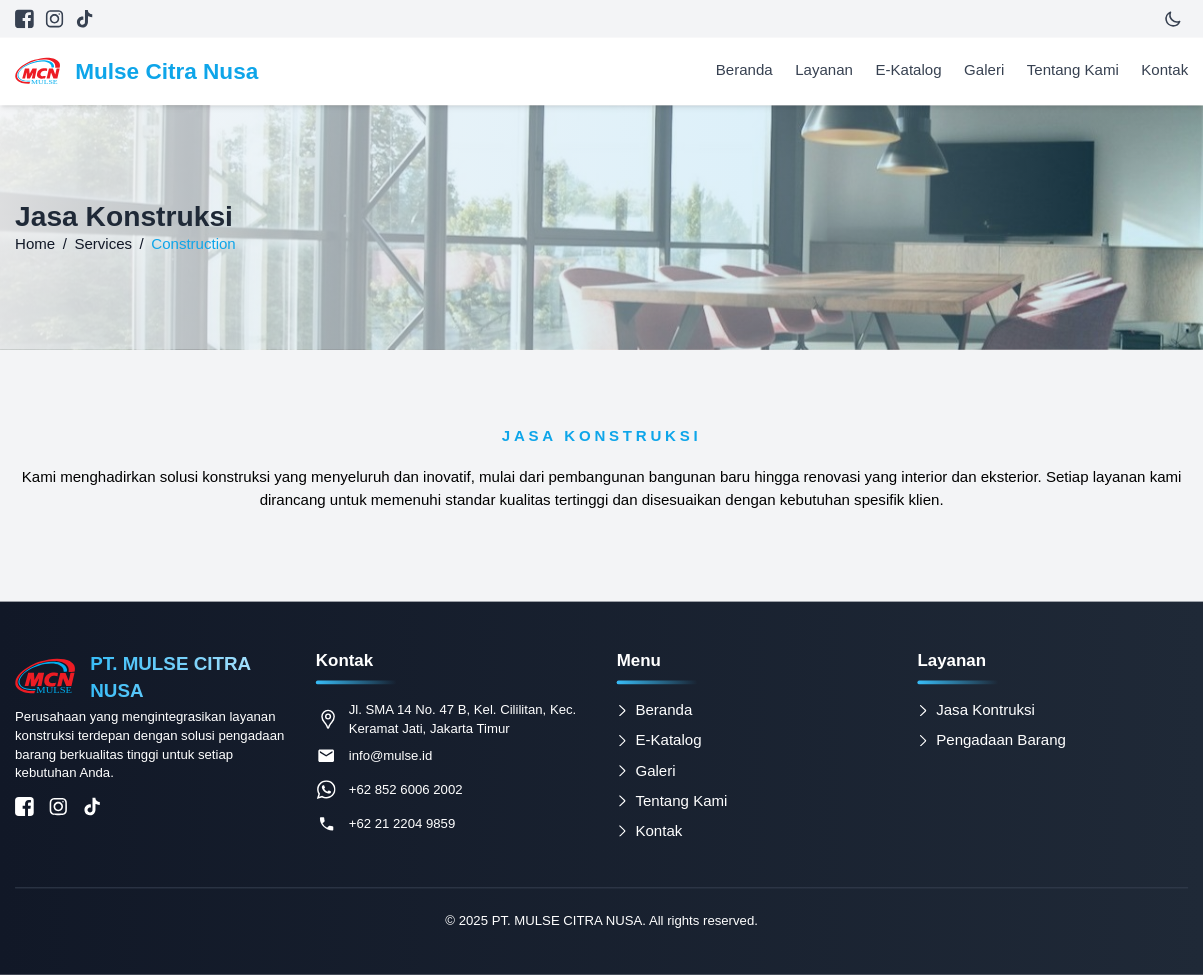
Repository: PrasBaldin/next-mulse
Page: /services/construction
An editor plug-in stored every save of this project. The page is shown before and after the next save, followed by the edit.
The browser window is 1280 px wide. The pictures show the whole page, at 94% of full size.
The project was rebuilt for these pictures with package versions that can differ from the ones it lists, and the page was loaded fresh each time. The framework's server and built-in components were replaced by stand-ins that run in the browser. Also part of the build but not shown: next.config.ts.

Above is the page before, as saved 2025-02-26 13:19:06.

### app/layout.tsx
import type { Metadata } from "next";
import { Geist, Geist_Mono } from "next/font/google";
import "./globals.css";
import Navbar from "@/components/navbar";
import Footer from "@/components/footer";

const geistSans = Geist({
  variable: "--font-geist-sans",
  subsets: ["latin"],
});

const geistMono = Geist_Mono({
  variable: "--font-geist-mono",
  subsets: ["latin"],
});

export const metadata: Metadata = {
  title: "Mulse",
  description: "Selamat datang di PT. Mulse Citra Nusa, kami menyediakan barang dan jasa sesuai kebutuhan Anda.",
};

export default function RootLayout({
  children,
}: Readonly<{
  children: React.ReactNode;
}>) {
  return (
    <html lang="en">
      <body className={`${geistSans.variable} ${geistMono.variable} antialiased`} >
        <Navbar />
        {children}
        <Footer />
      </body>
    </html>
  );
}

### app/services/construction/page.tsx
import Link from "next/link";

const ConstructionPage = () => {
  return (
    <>
      <section className="mt-[72px] lg:mt-[112px]">
        <div className="banner">
          <div className="banner-mask"></div>
          <div className="container z-[1] relative">
            <div className="banner-content">
              <h4 className="text-3xl font-bold text-gray-800 dark:text-gray-100 transition duration-500 ease-in-out">
                Jasa Konstruksi
              </h4>
              <ul className="breadcrumbs">
                <li>
                  <Link
                    href="/"
                    className="text-gray-900 dark:text-gray-100 transition duration-500 ease-in-out"
                  >
                    Home
                  </Link>
                </li>
                <li className="text-gray-900 dark:text-gray-100 transition duration-500 ease-in-out">
                  /
                </li>
                <li>
                  <Link
                    href="/"
                    className="text-gray-900 dark:text-gray-100 transition duration-500 ease-in-out"
                  >
                    Services
                  </Link>
                </li>
                <li className="text-gray-900 dark:text-gray-100 transition duration-500 ease-in-out">
                  /
                </li>
                <li>
                  <Link href="/gallery" className="text-sky-500">
                    Construction
                  </Link>
                </li>
              </ul>
            </div>
          </div>
        </div>
      </section>
      <section className="py-20">
        <div className="container text-center">
          <h4 className="mb-3 text-sky-500 font-semibold tracking-[.25em] uppercase">
            Jasa Konstruksi
          </h4>
          <p className="py-2 my-2">
            Kami menghadirkan solusi konstruksi yang menyeluruh dan inovatif,
            mulai dari pembangunan bangunan baru hingga renovasi yang interior
            dan eksterior. Setiap layanan kami dirancang untuk memenuhi standar
            kualitas tertinggi dan disesuaikan dengan kebutuhan spesifik klien.
          </p>
        </div>
      </section>
    </>
  );
};

export default ConstructionPage;

### app/globals.css
@tailwind base;
@tailwind components;
@tailwind utilities;

:root {
  --background: #ffffff;
  --foreground: #171717;
}

@media (prefers-color-scheme: dark) {
  :root {
    --background: #0a0a0a;
    --foreground: #ededed;
  }
}

body {
  font-family: Arial, Helvetica, sans-serif;
  @apply bg-gray-100 dark:bg-gray-700;
}

.container {
  @apply mx-auto px-4;
}

.btn {
  @apply px-4 py-3 rounded-lg transition duration-500 ease-in-out;
}

.btn-primary {
  @apply bg-sky-600 hover:bg-sky-700 dark:hover:bg-sky-700 text-gray-100 hover:text-gray-300;
}

.btn-secondary {
  @apply bg-gray-100 hover:bg-gray-300 dark:hover:bg-gray-300 text-gray-800;
}

.btn-primary-border {
  @apply bg-transparent hover:bg-sky-500 dark:hover:bg-sky-500 border-2 border-sky-500 text-sky-500 dark:text-sky-500 hover:text-white dark:hover:text-white;
}

.banner {
  background-image: url("/img/banner-2.jpg");
  background-size: cover;
  @apply py-[100px] relative;
}

.banner-mask {
  @apply absolute inset-0 bg-gradient-to-r from-gray-100/90 to-sky-500/20 dark:from-gray-800/90 dark:to-sky-500/20 transition duration-500 ease-in-out z-[0];
}

.breadcrumbs {
  @apply flex gap-2 font-medium;
}

### components/navbar.tsx
"use client";
import { useState } from "react";
import Link from "next/link";
import Image from "next/image";

import MulseSvg from "@/public/img/mulse.svg";
import "./navbar.css";

// import ToggleLanguage from "./toggleLanguage";
import ToggleDarkMode from "./toggleDarkMode";

const Navbar = () => {
  const [isOpen, setIsOpen] = useState(false);
  const [isDropdownOpen, setIsDropdownOpen] = useState(false);

  return (
    <>
      <div className="utility-bar">
        <div className="container">
          <div className="flex justify-between items-center">
            <div className="w-full flex">
              <a
                href="https://www.facebook.com/profile.php?id=61550927165561&ref=ig_profile_ac"
                target="_blank"
                rel="noopener noreferrer"
                aria-label="Facebook"
                className="social-media-link hover:text-sky-400 transition-colors duration-300"
              >
                <svg
                  className="w-5 h-5 rounded"
                  fill="currentColor"
                  viewBox="0 0 24 24"
                  stroke="none"
                >
                  <path d="M22.675 0h-21.35C.593 0 0 .593 0 1.325v21.351C0 23.407.593 24 1.325 24h11.494v-9.294H9.692v-3.622h3.127V8.413c0-3.1 1.894-4.788 4.659-4.788 1.325 0 2.463.099 2.794.143v3.24l-1.918.001c-1.504 0-1.794.715-1.794 1.763v2.314h3.587l-.467 3.622h-3.12V24h6.116C23.407 24 24 23.407 24 22.675V1.325C24 .593 23.407 0 22.675 0z" />
                </svg>
              </a>
              <a
                href="https://www.instagram.com/mulse.id/"
                target="_blank"
                rel="noopener noreferrer"
                aria-label="Instagram"
                className="social-media-link hover:text-sky-400 transition-colors duration-300"
              >
                <svg
                  className="w-5 h-5"
                  viewBox="0 0 24 24"
                  fill="none"
                  xmlns="http://www.w3.org/2000/svg"
                >
                  <path
                    fillRule="evenodd"
                    clipRule="evenodd"
                    d="M12 18C15.3137 18 18 15.3137 18 12C18 8.68629 15.3137 6 12 6C8.68629 6 6 8.68629 6 12C6 15.3137 8.68629 18 12 18ZM12 16C14.2091 16 16 14.2091 16 12C16 9.79086 14.2091 8 12 8C9.79086 8 8 9.79086 8 12C8 14.2091 9.79086 16 12 16Z"
                    fill="currentColor"
                  />
                  <path
                    d="M18 5C17.4477 5 17 5.44772 17 6C17 6.55228 17.4477 7 18 7C18.5523 7 19 6.55228 19 6C19 5.44772 18.5523 5 18 5Z"
                    fill="currentColor"
                  />
                  <path
                    fillRule="evenodd"
                    clipRule="evenodd"
                    d="M1.65396 4.27606C1 5.55953 1 7.23969 1 10.6V13.4C1 16.7603 1 18.4405 1.65396 19.7239C2.2292 20.8529 3.14708 21.7708 4.27606 22.346C5.55953 23 7.23969 23 10.6 23H13.4C16.7603 23 18.4405 23 19.7239 22.346C20.8529 21.7708 21.7708 20.8529 22.346 19.7239C23 18.4405 23 16.7603 23 13.4V10.6C23 7.23969 23 5.55953 22.346 4.27606C21.7708 3.14708 20.8529 2.2292 19.7239 1.65396C18.4405 1 16.7603 1 13.4 1H10.6C7.23969 1 5.55953 1 4.27606 1.65396C3.14708 2.2292 2.2292 3.14708 1.65396 4.27606ZM13.4 3H10.6C8.88684 3 7.72225 3.00156 6.82208 3.0751C5.94524 3.14674 5.49684 3.27659 5.18404 3.43597C4.43139 3.81947 3.81947 4.43139 3.43597 5.18404C3.27659 5.49684 3.14674 5.94524 3.0751 6.82208C3.00156 7.72225 3 8.88684 3 10.6V13.4C3 15.1132 3.00156 16.2777 3.0751 17.1779C3.14674 18.0548 3.27659 18.5032 3.43597 18.816C3.81947 19.5686 4.43139 20.1805 5.18404 20.564C5.49684 20.7234 5.94524 20.8533 6.82208 20.9249C7.72225 20.9984 8.88684 21 10.6 21H13.4C15.1132 21 16.2777 20.9984 17.1779 20.9249C18.0548 20.8533 18.5032 20.7234 18.816 20.564C19.5686 20.1805 20.1805 19.5686 20.564 18.816C20.7234 18.5032 20.8533 18.0548 20.9249 17.1779C20.9984 16.2777 21 15.1132 21 13.4V10.6C21 8.88684 20.9984 7.72225 20.9249 6.82208C20.8533 5.94524 20.7234 5.49684 20.564 5.18404C20.1805 4.43139 19.5686 3.81947 18.816 3.43597C18.5032 3.27659 18.0548 3.14674 17.1779 3.0751C16.2777 3.00156 15.1132 3 13.4 3Z"
                    fill="currentColor"
                  />
                </svg>
              </a>
              <a
                href="/"
                target="_blank"
                rel="noopener noreferrer"
                aria-label="Tiktok"
                className="social-media-link hover:text-sky-400 transition-colors duration-300"
              >
                <svg
                  className="w-5 h-5"
                  fill="currentColor"
                  viewBox="0 0 32 32"
                  version="1.1"
                  xmlns="http://www.w3.org/2000/svg"
                >
                  <path d="M16.656 1.029c1.637-0.025 3.262-0.012 4.886-0.025 0.054 2.031 0.878 3.859 2.189 5.213l-0.002-0.002c1.411 1.271 3.247 2.095 5.271 2.235l0.028 0.002v5.036c-1.912-0.048-3.71-0.489-5.331-1.247l0.082 0.034c-0.784-0.377-1.447-0.764-2.077-1.196l0.052 0.034c-0.012 3.649 0.012 7.298-0.025 10.934-0.103 1.853-0.719 3.543-1.707 4.954l0.020-0.031c-1.652 2.366-4.328 3.919-7.371 4.011l-0.014 0c-0.123 0.006-0.268 0.009-0.414 0.009-1.73 0-3.347-0.482-4.725-1.319l0.040 0.023c-2.508-1.509-4.238-4.091-4.558-7.094l-0.004-0.041c-0.025-0.625-0.037-1.25-0.012-1.862 0.49-4.779 4.494-8.476 9.361-8.476 0.547 0 1.083 0.047 1.604 0.136l-0.056-0.008c0.025 1.849-0.050 3.699-0.050 5.548-0.423-0.153-0.911-0.242-1.42-0.242-1.868 0-3.457 1.194-4.045 2.861l-0.009 0.030c-0.133 0.427-0.21 0.918-0.21 1.426 0 0.206 0.013 0.41 0.037 0.61l-0.002-0.024c0.332 2.046 2.086 3.59 4.201 3.59 0.061 0 0.121-0.001 0.181-0.004l-0.009 0c1.463-0.044 2.733-0.831 3.451-1.994l0.010-0.018c0.267-0.372 0.45-0.822 0.511-1.311l0.001-0.014c0.125-2.237 0.075-4.461 0.087-6.698 0.012-5.036-0.012-10.060 0.025-15.083z"></path>
                </svg>
              </a>
            </div>
            <div className="utility-content">
              {/* <ToggleLanguage /> */}
              <ToggleDarkMode />
            </div>
          </div>
        </div>
      </div>
      <nav className="navbar">
        <div className="container">
          <div className="flex justify-between items-center">
            <Link
              href="/"
              className="text-2xl font-bold text-sky-500 dark:text-gray-100 flex items-center transition duration-500 ease-in-out py-3"
            >
              <Image src={MulseSvg} alt="img" className="w-12 mr-4" />
              Mulse Citra Nusa
            </Link>

            <div className="hidden lg:flex space-x-6 items-center">
              <Link href="/" className="nav-link">
                Beranda
              </Link>

              <div
                className="relative group"
                onMouseEnter={() => setIsDropdownOpen(true)}
                onMouseLeave={() => setIsDropdownOpen(false)}
              >
                <Link href="/services">
                  <button className="nav-link flex items-center">
                    Layanan
                  </button>
                </Link>
                <div
                  className={`nav-dropdown min-w-[200px] ${
                    isDropdownOpen
                      ? "opacity-100 visible scale-100 translate-y-0"
                      : "opacity-0 invisible scale-95 translate-y-3"
                  }`}
                >
                  <Link
                    href="/services/procurement"
                    className="nav-link-dropdown"
                  >
                    Pengadaan Barang
                  </Link>
                  <Link
                    href="/services/construction"
                    className="nav-link-dropdown"
                  >
                    Jasa Konstruksi
                  </Link>
                </div>
              </div>
              <a
                href="https://katalog.inaproc.id/mulse-citra-nusa"
                target="_blank"
                className="nav-link"
              >
                E-Katalog
              </a>
              <Link href="/gallery" className="nav-link">
                Galeri
              </Link>
              <Link href="/about" className="nav-link">
                Tentang Kami
              </Link>
              <Link href="/contact" className="nav-link">
                Kontak
              </Link>
            </div>

            <button
              className="lg:hidden relative w-8 h-8"
              onClick={() => setIsOpen(!isOpen)}
            >
              <div
                className={`hamburger ${
                  isOpen
                    ? "rotate-45 top-1/2 transform -translate-y-1/2"
                    : "top-2"
                }`}
              ></div>
              <div
                className={`hamburger ${
                  isOpen ? "opacity-0" : "top-1/2 transform -translate-y-1/2"
                }`}
              ></div>
              <div
                className={`hamburger ${
                  isOpen
                    ? "-rotate-45 bottom-1/2 transform translate-y-1/2"
                    : "bottom-2"
                }`}
              ></div>
            </button>
          </div>
        </div>
      </nav>

      {/* Overlay Sidebar */}
      <div
        className={`lg:hidden fixed top-18 left-0 w-full h-full bg-black/50 backdrop-blur-sm transition-opacity duration-500 ease-in-out z-[9] ${
          isOpen ? "opacity-100 visible" : "opacity-0 invisible"
        }`}
        onClick={() => setIsOpen(false)}
      ></div>

      {/* Sidebar Menu */}
      <div
        className={`bg-white dark:bg-gray-800 lg:hidden fixed right-0 w-64 h-full shadow-lg transform transition-transform duration-500 ease-in-out z-10 ${
          isOpen ? "translate-x-0" : "translate-x-full"
        }`}
      >
        <div className="p-6 flex flex-col space-y-4 mt-[72px]">
          <Link
            href="/"
            className="nav-link-mobile"
            onClick={() => setIsOpen(false)}
          >
            Beranda
          </Link>

          <div>
            <button
              className="nav-link-mobile flex items-center w-full"
              onClick={() => setIsDropdownOpen(!isDropdownOpen)}
            >
              Layanan
              <span
                className={`dropdown-arrow ${
                  isDropdownOpen
                    ? "rotate-45 absolute right-9 mb-2"
                    : "-rotate-45 absolute right-9"
                }`}
              ></span>
            </button>
            <div
              className={`bg-white dark:bg-gray-800 ml-4 space-y-2 rounded-lg overflow-hidden transition-all duration-500 ease-in-out ${
                isDropdownOpen
                  ? "max-h-[500px] opacity-100 p-2 mt-2"
                  : "max-h-0 opacity-0 p-0 mt-0"
              }`}
            >
              <Link
                href="/services/procurement"
                className="nav-link-mobile block"
                onClick={() => setIsOpen(false)}
              >
                Pengadaan Barang
              </Link>
              <Link
                href="/services/construction"
                className="nav-link-mobile block"
                onClick={() => setIsOpen(false)}
              >
                Jasa Konstruksi
              </Link>
            </div>
          </div>
          <Link
            href="https://katalog.mulse.id"
            className="nav-link-mobile"
            onClick={() => setIsOpen(false)}
          >
            E-Katalog
          </Link>
          <Link
            href="/gallery"
            className="nav-link-mobile"
            onClick={() => setIsOpen(false)}
          >
            Galeri
          </Link>
          <Link
            href="/about"
            className="nav-link-mobile"
            onClick={() => setIsOpen(false)}
          >
            Tentang Kami
          </Link>
          <Link
            href="/contact"
            className="nav-link-mobile"
            onClick={() => setIsOpen(false)}
          >
            Kontak
          </Link>
          {/* <ToggleLanguage /> */}
          <ToggleDarkMode />
        </div>
      </div>
    </>
  );
};

export default Navbar;

### components/navbar.css
.utility-bar {
  @apply hidden lg:block absolute top-0 w-full py-1 bg-gray-100 dark:bg-gray-700 transition duration-500 ease-in-out z-10;
}

.utility-content {
  @apply w-auto flex gap-2;
}

.social-media-link {
  @apply mr-3 text-gray-700 dark:text-gray-100 hover:text-sky-500 dark:hover:text-sky-500 transition duration-300;
}

.navbar {
  @apply bg-white dark:bg-gray-800 transition duration-500 ease-in-out shadow-md top-0 lg:top-[40px] fixed lg:absolute w-full z-20;
}

.nav-link {
  @apply text-gray-700 hover:text-sky-500 dark:hover:text-sky-500 dark:text-gray-100 py-5 transition duration-500 ease-in-out border-b-2 border-transparent hover:border-sky-500 flex items-center;
}

.nav-dropdown {
  @apply bg-white dark:bg-gray-800 absolute top-[4rem] -left-2 w-auto pt-2 p-3 border-2 border-sky-300 dark:border-sky-800 border-t-sky-500 dark:border-t-sky-500 shadow-xl rounded-lg overflow-visible transition-all duration-300 transform;
}

.nav-link-dropdown {
  @apply text-gray-700 hover:text-sky-500 dark:hover:text-sky-500 dark:text-gray-100 pt-2 pb-1 transition duration-500 ease-in-out hover:bg-gray-100 dark:hover:bg-gray-700 rounded border-b border-gray-200 hover:border-sky-500 block mt-2 px-2;
}

.nav-link-mobile {
  @apply hover:bg-gray-100 dark:hover:bg-gray-700 text-gray-700 hover:text-sky-500 dark:hover:text-sky-500 dark:text-gray-100 py-2 pl-2 border-b border-gray-200 hover:border-sky-500 rounded transition;
}

.hamburger {
  @apply absolute w-6 h-[3px] bg-gray-800 dark:bg-gray-100 rounded transition duration-500 ease-in-out;
}

.dropdown-arrow {
  @apply border-b-2 border-r-2 border-gray-700 dark:border-gray-100 ml-2 w-3 h-3 transition duration-500 ease-in-out;
}

.nav-link-mobile:hover .dropdown-arrow {
  @apply border-sky-500;
}

### components/toggleDarkMode.tsx
"use client";
import { useState, useEffect } from "react";
import IconDarkMode from "../app/_assets/icon/iconDarkmode";
import IconLightMode from "../app/_assets/icon/iconLightmode";

import "./toggleDarkMode.css";

const ToggleDarkMode = () => {
  const [isDarkMode, setIsDarkMode] = useState(false);
  useEffect(() => {
    const storedTheme = localStorage.getItem("theme");
    setIsDarkMode(storedTheme === "dark");
  }, []);

  useEffect(() => {
    if (isDarkMode) {
      document.documentElement.classList.add("dark");
      localStorage.setItem("theme", "dark");
    } else {
      document.documentElement.classList.remove("dark");
      localStorage.setItem("theme", "light");
    }
  }, [isDarkMode]);

  return (
    <>
      {/* Mobile */}
      <button
        onClick={() => setIsDarkMode(!isDarkMode)}
        className="lg:hidden btn h-11 flex items-center"
        style={{ padding: ".5rem" }}
      >
        <div className="block">
          <div className="absolute flex items-center gap-2">
            <div
              className={`toggle-dark-mode-mobile gap-2 ${
                isDarkMode ? "opacity-100 rotate-0" : "opacity-0 rotate-90"
              }`}
            >
              <IconLightMode />
            </div>
            <span
              className={`text-gray-700 dark:text-gray-300 ${
                isDarkMode ? "opacity-100" : "opacity-0"
              }`}
            >
              Light Mode
            </span>
          </div>
          <div className="flex items-center gap-2">
            <div
              className={`toggle-dark-mode-mobile gap-2 ${
                isDarkMode ? "opacity-0 -rotate-90" : "opacity-100 rotate-0"
              }`}
            >
              <IconDarkMode />
            </div>
            <span
              className={`text-gray-700 dark:text-gray-300 ${
                isDarkMode ? "opacity-0" : "opacity-100"
              }`}
            >
              Night Mode
            </span>
          </div>
        </div>
      </button>

      {/* Desktop */}
      <button
        onClick={() => setIsDarkMode(!isDarkMode)}
        className="btn hidden lg:block btn w-8 h-8 relative overflow-hidden"
      >
        <div
          className={`toggle-dark-mode ${
            isDarkMode ? "opacity-100 rotate-0" : "opacity-0 rotate-90"
          }`}
        >
          <IconLightMode />
        </div>
        <div
          className={`toggle-dark-mode ${
            isDarkMode ? "opacity-0 -rotate-90" : "opacity-100 rotate-0"
          }`}
        >
          <IconDarkMode />
        </div>
      </button>
    </>
  );
};

export default ToggleDarkMode;

### components/footer.css
footer table tr a {
    @apply transition duration-300
}

footer table tr:hover a {
    @apply text-sky-400
}

### app/_assets/icon/iconDarkmode.tsx
import React from "react";

const IconDarkmode = () => {
    return (
        <svg xmlns="http://www.w3.org/2000/svg" className="h-5 w-5 text-gray-700 dark:text-gray-100" fill="none" viewBox="0 0 24 24" stroke="currentColor">
            <path strokeLinecap="round" strokeLinejoin="round" strokeWidth={2} d="M20.354 15.354A9 9 0 018.646 3.646 9.003 9.003 0 0012 21a9.003 9.003 0 008.354-5.646z" />
        </svg>
    )
}

export default IconDarkmode

### app/_assets/icon/iconLightmode.tsx
import React from "react";

const IconLightMode = () => {
    return (
        <svg xmlns="http://www.w3.org/2000/svg" className="h-5 w-5 text-gray-100" fill="none" viewBox="0 0 24 24" stroke="currentColor">
            <path strokeLinecap="round" strokeLinejoin="round" strokeWidth="2" d="M12 3v1m0 16v1m9-9h-1M4 12H3m15.364 6.364l-.707-.707M6.343 6.343l-.707-.707m12.728 0l-.707.707M6.343 17.657l-.707.707" />
            <circle cx="12" cy="12" r="3" stroke="currentColor" strokeWidth="2" fill="none" />
        </svg>
    )
}

export default IconLightMode

### components/toggleDarkMode.css
.toggle-dark-mode {
    @apply absolute top-0 bottom-0 left-0 right-0 flex items-center justify-center transition-all duration-500 transform
}

.toggle-dark-mode-mobile {
    @apply flex items-center justify-center transition-all duration-500 transform
}

### tailwind.config.ts
import type { Config } from "tailwindcss";

export default {
  darkMode: 'class',
  content: [
    "./pages/**/*.{js,ts,jsx,tsx,mdx}",
    "./components/**/*.{js,ts,jsx,tsx,mdx}",
    "./app/**/*.{js,ts,jsx,tsx,mdx}"
  ],
  theme: {
    extend: {
      width: {
        '11': '2.75rem',
      },
      height: {
        '11': '2.75rem',
      },
      colors: {
        background: "var(--background)",
        foreground: "var(--foreground)",
      },
    },
  },
  plugins: [],
} satisfies Config;

Loaded but not shown: components/footer.tsx (503 lines, source omitted)

After the next save:
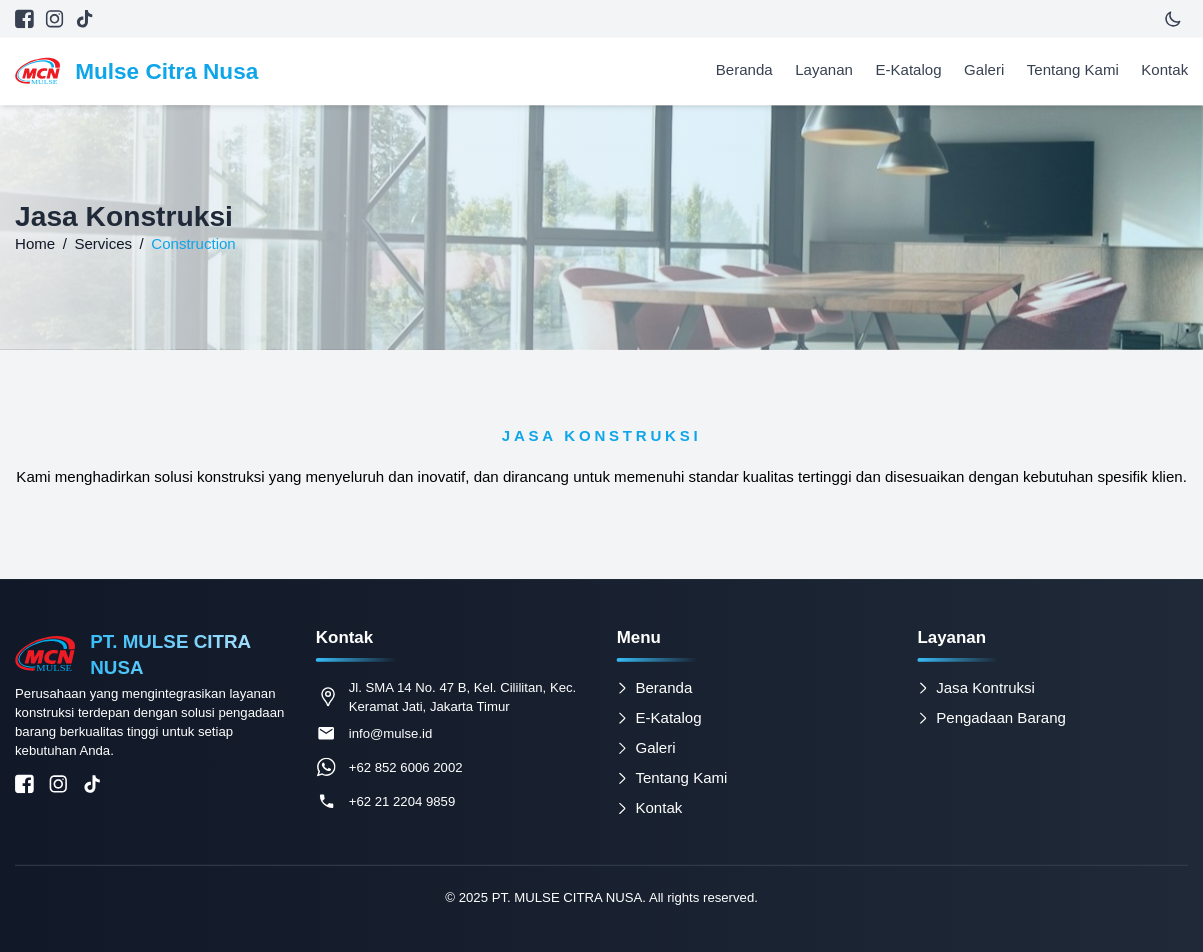
Saved 62 s later.
--- a/app/services/construction/page.tsx
+++ b/app/services/construction/page.tsx
@@ -51,9 +51,8 @@
           </h4>
           <p className="py-2 my-2">
             Kami menghadirkan solusi konstruksi yang menyeluruh dan inovatif,
-            mulai dari pembangunan bangunan baru hingga renovasi yang interior
-            dan eksterior. Setiap layanan kami dirancang untuk memenuhi standar
-            kualitas tertinggi dan disesuaikan dengan kebutuhan spesifik klien.
+            dan dirancang untuk memenuhi standar kualitas tertinggi dan
+            disesuaikan dengan kebutuhan spesifik klien.
           </p>
         </div>
       </section>
